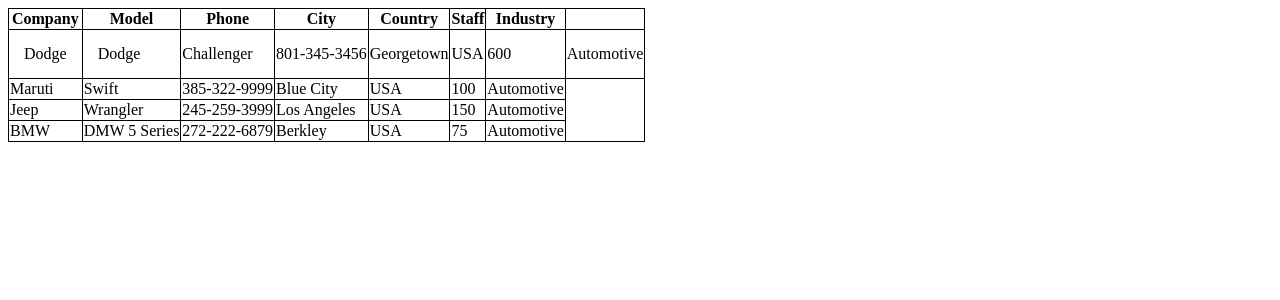
Repository: vgoins-RA2022/HTML-2
Page: index.html
An editor plug-in stored every save of this project. The page is shown before and after the next save, followed by the edit.
The browser window is 1280 px wide. The pictures show the whole page.

Above is the page before, as saved 2023-01-21 22:22:12.

### index.html
<!DOCTYPE html>
<html lang="en">

<head>
  <meta charset="UTF-8">
  <meta name="viewport" content="width=device-width, initial-scale=1">
  <link rel="stylesheet" href="../HTML-2/src/css/Style.css" type="text/css">
  <title>HTML Table Assignment 2</title>
</head>

<body>
  <!-- Build Table -->
  <table>
    <thead>
      <tr>
        <!-- Name colomn headings -->
        <th>Company</th>
        <th>Model</th>
        <th>Phone</th>
        <th>City</th>
        <th>Country</th>
        <th>Staff</th>
        <th>Industry</th>
      </tr>
    </thead>
    <tbody>
      <tr>
        <!--Beginning table data  -->
        <td class="table-cell-padding">Dodge</td>
        <td class="table-cell-padding">Dodge</td>
        <td>Challenger</td>
        <td>801-345-3456</td>
        <td>Georgetown</td>
        <td>USA</td>
        <td>600</td>
        <td>Automotive</td>
      </tr>
       <tr>
        <td>Maruti</td>
        <td>Swift</td>
        <td>385-322-9999</td>
        <td>Blue City</td>
        <td>USA</td>
        <td>100</td>
        <td>Automotive</td>
      </tr><tr>
        <td>Jeep</td>
        <td>Wrangler</td>
        <td>245-259-3999</td>
        <td>Los Angeles</td>
        <td>USA</td>
        <td>150</td>
        <td>Automotive</td>
      </tr>
      <tr>
        <td>BMW</td>
        <td>DMW 5 Series</td>
        <td>272-222-6879</td>
        <td>Berkley</td>
        <td>USA</td>
        <td>75</td>
        <td>Automotive</td>
      </tr>
    </tbody>
    <!-- Ending table data -->
  </table>

 </body>

</html>

### src/css/Style.css

table, th, td {
  border: 1px solid black;
  border-collapse: collapse;
}

  .table-cell-padding {
    padding: 15px;
  }

After the next save:
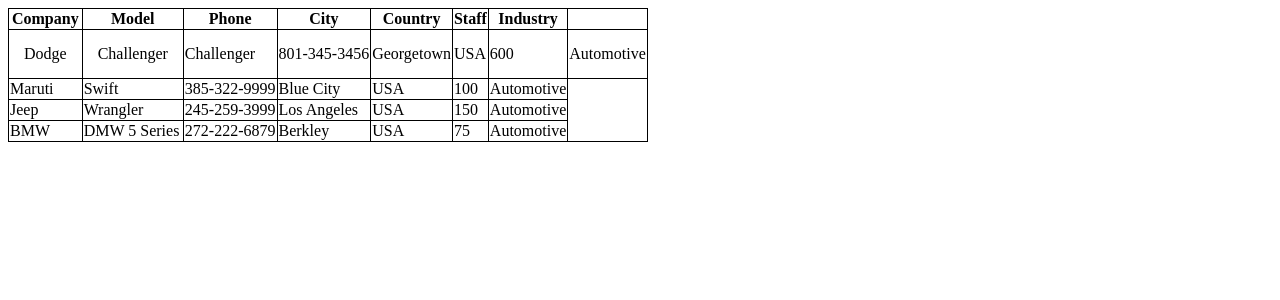
Saved 15 s later.
--- a/index.html
+++ b/index.html
@@ -27,7 +27,7 @@
       <tr>
         <!--Beginning table data  -->
         <td class="table-cell-padding">Dodge</td>
-        <td class="table-cell-padding">Dodge</td>
+        <td class="table-cell-padding">Challenger</td>
         <td>Challenger</td>
         <td>801-345-3456</td>
         <td>Georgetown</td>
